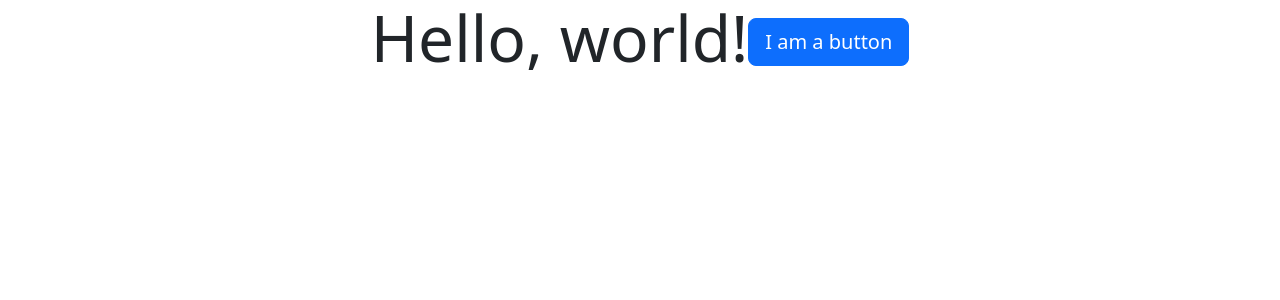
Repository: maikel-mattiu/notes-app
Page: /
An editor plug-in stored every save of this project. The page is shown before and after the next save, followed by the edit.
The browser window is 1280 px wide. The pictures show the whole page.
The project was rebuilt for these pictures with package versions that can differ from the ones it lists, and the page was loaded fresh each time. Also part of the build but not shown: vite.config.js, src/index.css.

Above is the page before, as saved 2024-06-24 05:24:52.

### src/main.jsx
import React from "react"
import ReactDOM from "react-dom/client"
import App from "./App.jsx"
import "./index.css"
import "bootstrap/dist/css/bootstrap.css"

ReactDOM.createRoot(document.getElementById("root")).render(
	<React.StrictMode>
		<App />
	</React.StrictMode>
)

### src/App.jsx
/* eslint-disable no-unused-vars */
import React from "react"
import Container from "react-bootstrap/Container"
import Button from "react-bootstrap/Button"

function App() {
	return (
		<Container
			className="d-flex align-items-center justify-content-center"
			fluid
		>
			<h1 className="display-3">Hello, world!</h1>
			<Button
				variant="primary"
				size="lg"
			>
				I am a button
			</Button>
		</Container>
	)
}

export default App

Loaded but not shown: index.html (common file)

After the next save:
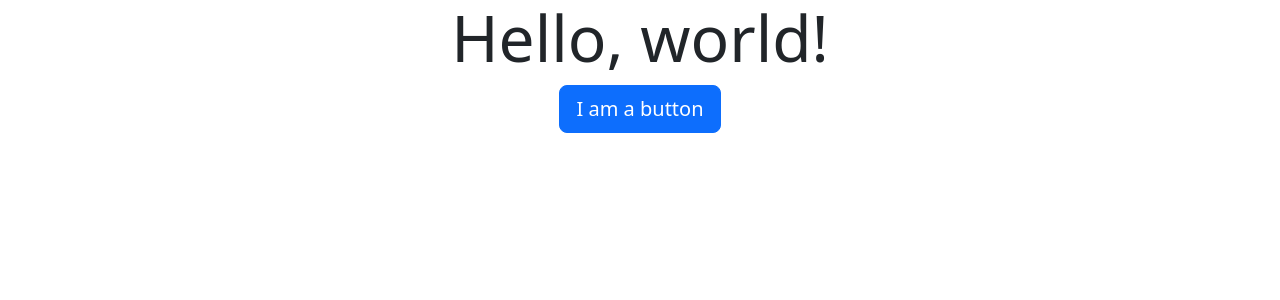
Saved 29 s later.
--- a/src/App.jsx
+++ b/src/App.jsx
@@ -6,7 +6,7 @@ import Button from "react-bootstrap/Button"
 function App() {
 	return (
 		<Container
-			className="d-flex align-items-center justify-content-center"
+			className="d-flex align-items-center justify-content-center flex-column"
 			fluid
 		>
 			<h1 className="display-3">Hello, world!</h1>
